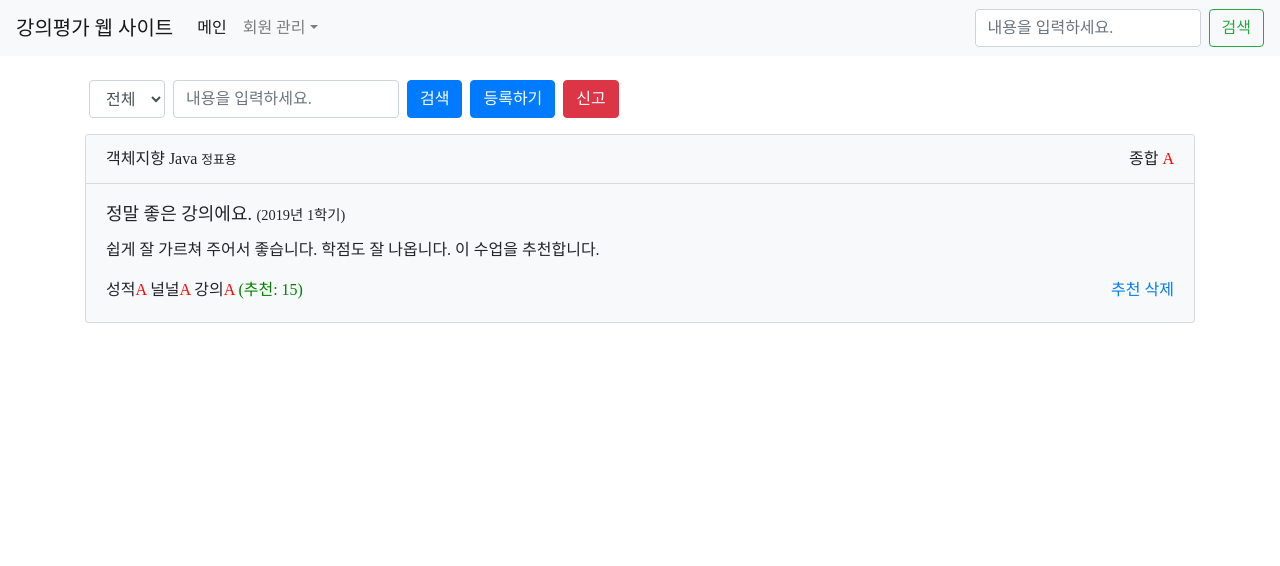
Repository: sur2/JSP-Lecture-Evaluation
Page: http://localhost/Lecture_Evaluation/userJoin.jsp
These files come from the project's save history. The page is drawn as it stood at one moment and after the next save; the edit follows.
The browser window is 1280 px wide. The pictures show the whole page.
Some web fonts or font styles are not loaded; a fallback is used. The page is served by Tomcat 9.

Above is the page before, as saved 2020-01-03 09:54:40.
Console error (its wording comes from the project's code and is left out).

After the next save:
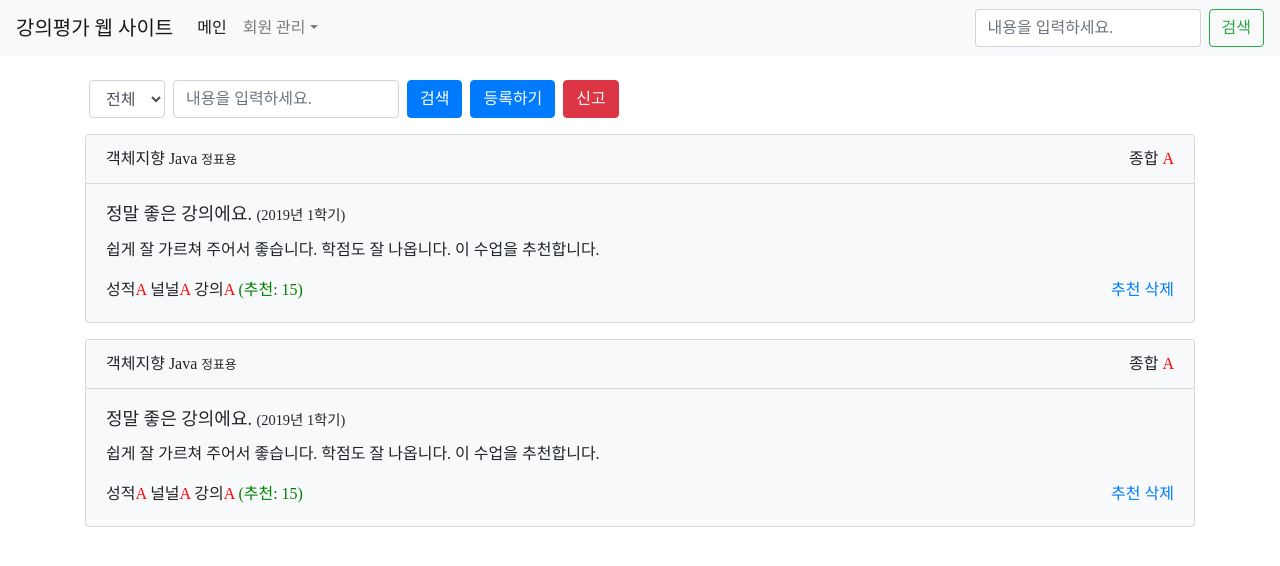
Saved 66 s later.
--- a/Lecture Evaluation/WebContent/userJoin.jsp
+++ b/Lecture Evaluation/WebContent/userJoin.jsp
@@ -79,6 +79,33 @@
 				</div>
 			</div>
 		</div>
+
+		<div class="card bg-light mt-3">
+			<div class="card-header bg-light">
+				<div class="row">
+					<div class="col-8 text-left">객체지향 Java&nbsp;<small>정표용</small></div>
+					<div class="col-4 text-right">종합
+						<span style="color: red;">A</span>
+					</div>
+				</div>
+			</div>
+			<div class="card-body">
+				<h5 class="card-title">정말 좋은 강의에요.&nbsp;<small>(2019년 1학기)</small></h5>
+				<p class="card-text">쉽게 잘 가르쳐 주어서 좋습니다. 학점도 잘 나옵니다. 이 수업을 추천합니다.</p>
+				<div class="row">
+					<div class="col-9 text-left">
+						성적<span style="color: red;">A</span>
+						널널<span style="color: red;">A</span>
+						강의<span style="color: red;">A</span>
+						<span style="color: green;">(추천: 15)</span>
+					</div>
+					<div class="col-3 text-right" >
+						<a onclick="return confirm('추천하시겠습니까?)'" href="./likeAction.jsp?evaluationID=">추천</a>
+						<a onclick="return confirm('삭제하시겠습니까?)'" href="./deleteAction.jsp?evaluationID=">삭제</a>
+					</div>
+				</div>
+			</div>
+		</div>
 	</section>
 
 
